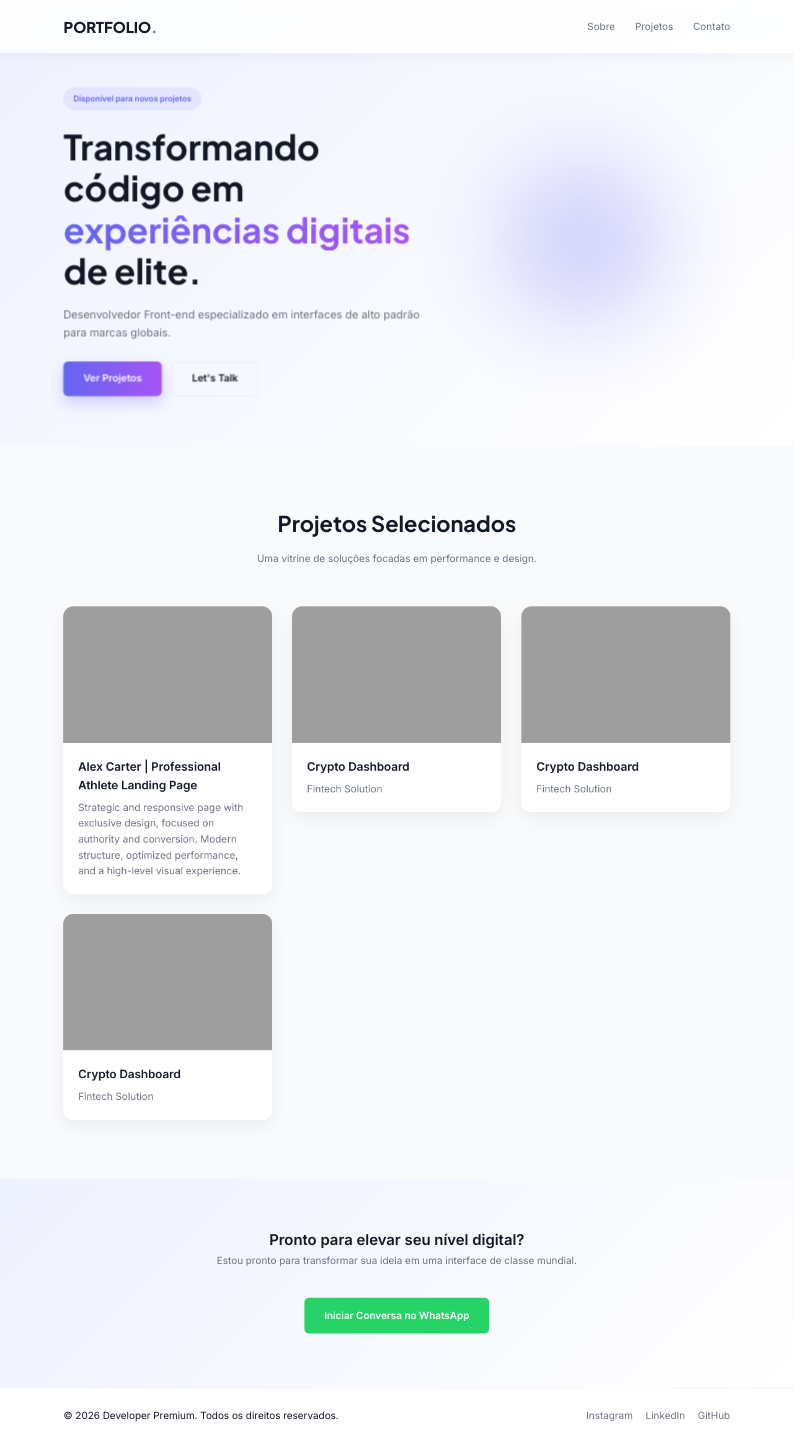
Repository: davidfsillva/David_Ferreira
Page: index.html
These files come from the project's save history. The page is drawn as it stood at one moment and after the next save; the edit follows.
The browser window is 1280 px wide. The pictures show the whole page, at 62% of full size.
Pictures or frames that could not be fetched are drawn as grey boxes.

Above is the page before, as saved 2026-02-11 10:34:50.

After the next save:
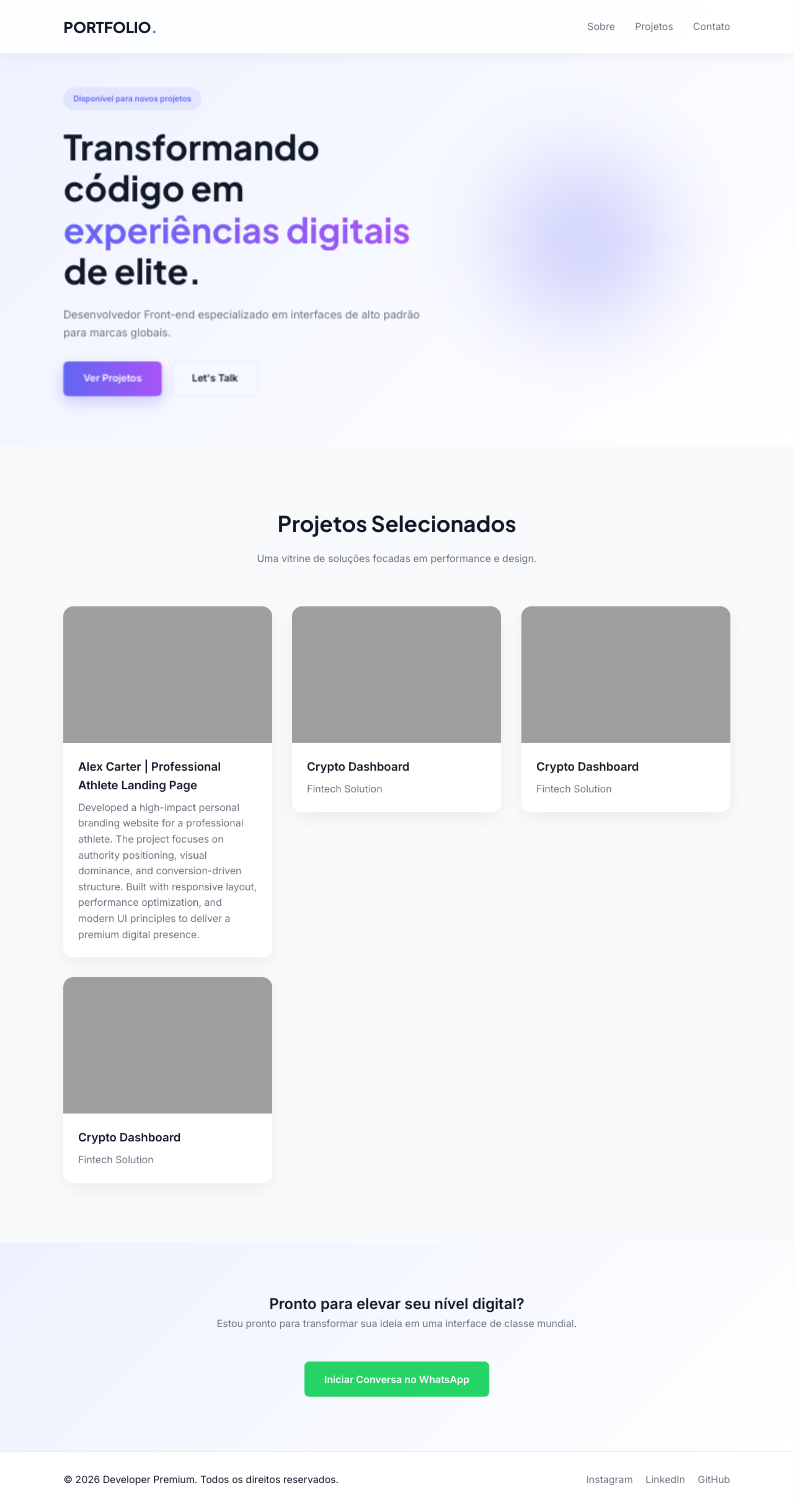
Saved 20 s later.
--- a/index.html
+++ b/index.html
@@ -95,7 +95,9 @@
                     </div>
                     <div class="card-info">
                         <h3>Alex Carter | Professional Athlete Landing Page</h3>
-                        <p>Strategic and responsive page with exclusive design, focused on authority and conversion. Modern structure, optimized performance, and a high-level visual experience.</p>
+                        <p>Developed a high-impact personal branding website for a professional athlete.
+The project focuses on authority positioning, visual dominance, and conversion-driven structure.
+Built with responsive layout, performance optimization, and modern UI principles to deliver a premium digital presence.</p>
                     </div>
                 </div>
             </a>
